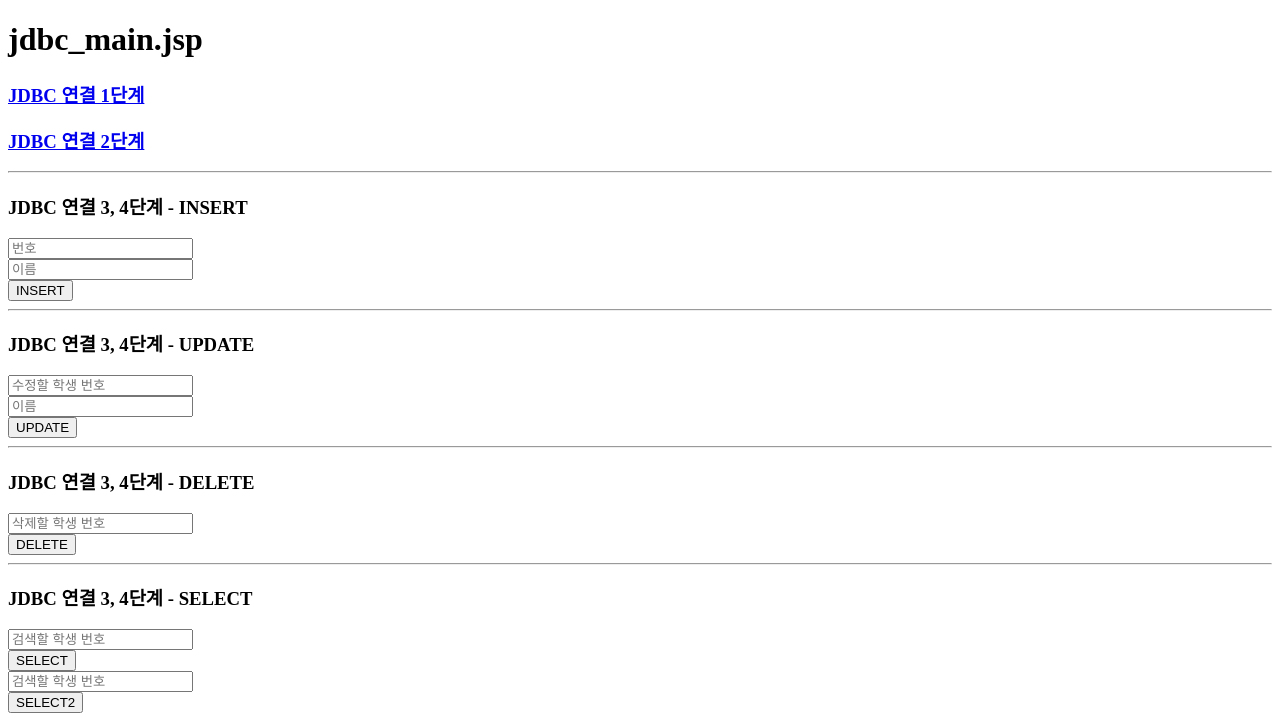
Repository: junesse-afk/ITJSP
Page: http://localhost/StudyJSP/jsp10_jdbc/jdbc_main.jsp
An editor plug-in stored every save of this project. The page is shown before and after the next save, followed by the edit.
The browser window is 1280 px wide. The pictures show the whole page.
The page is served by Tomcat 10.

Above is the page before, as saved 2024-12-02 00:18:47.

After the next save:
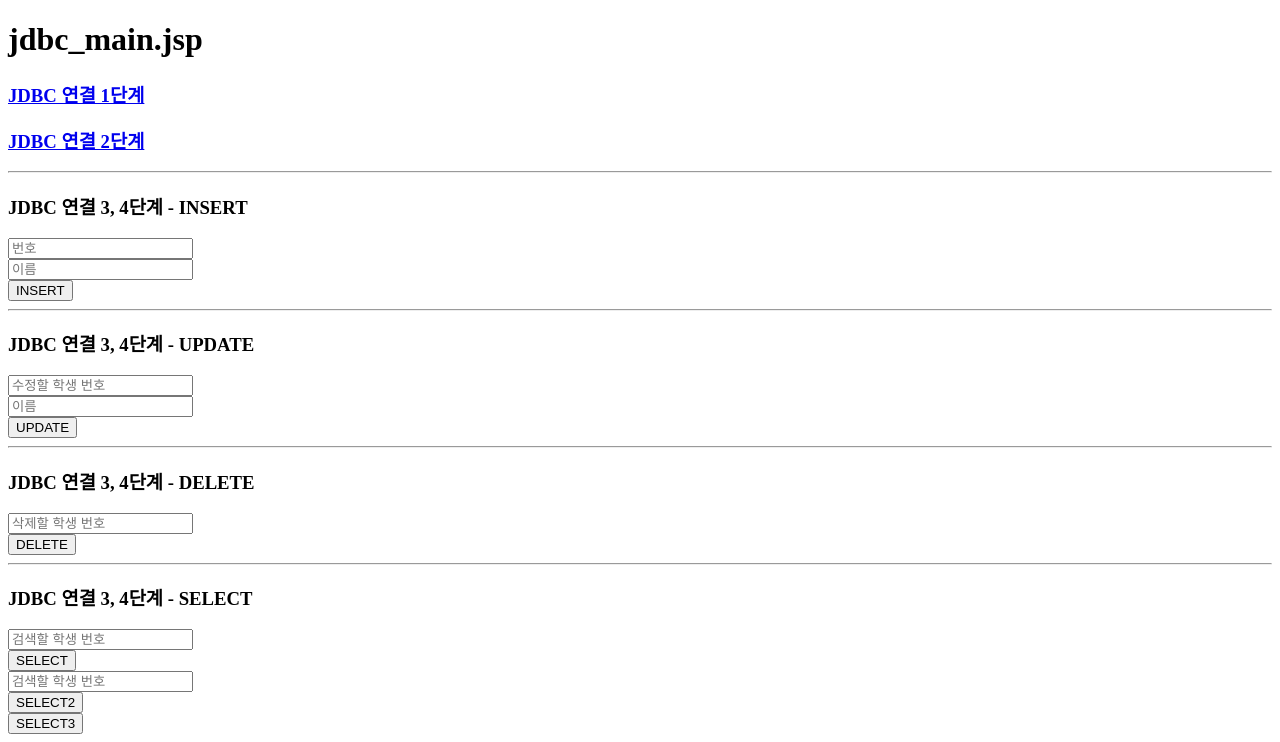
Saved 32 s later.
--- a/workspace_jsp/StudyJSP/src/main/webapp/jsp10_jdbc/jdbc_main.jsp
+++ b/workspace_jsp/StudyJSP/src/main/webapp/jsp10_jdbc/jdbc_main.jsp
@@ -49,9 +49,7 @@
 		<input type="submit" value="SELECT2">
 	</form>
 
-	<form action="connect3_select3.jdbc" method="get">
-
-	</form>
+	<input type="button" value="SELECT3">
 
 
 
